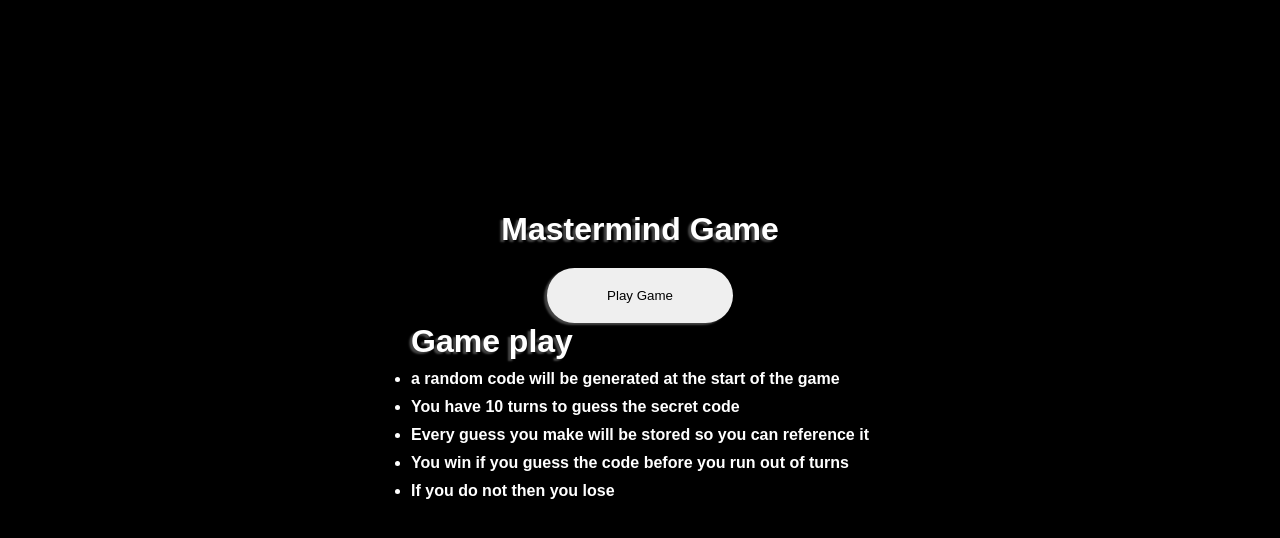
Repository: programmer686/Mastermind-with-Next.js
Page: /
The author's editor kept a copy of each file at every save. The page is drawn from the files as they stood at one save, then again after the next save.
The browser window is 1280 px wide. The pictures show the whole page.
The project was rebuilt for these pictures with package versions that can differ from the ones it lists, and the page was loaded fresh each time. The framework's server and built-in components were replaced by stand-ins that run in the browser. Also part of the build but not shown: next.config.js, src/styles/GameBoard.module.css, src/styles/PastPlay.module.css, src/comps/PastPlay.js, src/styles/GamePlay.module.css, src/comps/Logic.js, src/styles/Results.module.css, src/comps/Results.js and 3 more.

Above is the page before, as saved 2023-07-18 20:37:21.

### src/pages/index.js

import Head from 'next/head'
import Image from 'next/image'
import { Inter } from 'next/font/google'
import styles from '@/styles/Home.module.css'
import StartScreen from '@/comps/StartScreen'
import { useState } from 'react'
import GameBoard from '@/comps/GameBoard'

const inter = Inter({ subsets: ['latin'] })

export default function Home() {
  const [startGame, setStartGame] = useState(true);

  function handleStart() {
    setStartGame(prev => prev ? prev == false : prev == prev);
  }
  return (
    <>
      <Head>
        <title>Create Next App</title>
        <meta name="description" content="Generated by create next app" />
        <meta name="viewport" content="width=device-width, initial-scale=1" />
        <link rel="icon" href="/favicon.ico" />
      </Head>
     <main className={styles.index__body}>
        {startGame ? <StartScreen handleStart={handleStart}/> : <GameBoard/>}
     </main>
    </>
  )
}

### src/styles/Home.module.css


.index__body {
  margin: 0;
  padding: 0;
  box-sizing: border-box;
  width: 100vw;
  height: 100vh;
  background-color: black;
}

### src/comps/StartScreen.js
import styles from '@/styles/StartScreen.module.css'

export default function StartScreen(props) {
    return (
        <main className={styles.startscreen__body}>
            <p className={styles.startscreen__game_name}>Mastermind Game</p>
            <button onClick={props.handleStart} className={styles.startscreen__play_button}>Play Game</button>
            <div>
                <p className={styles.startscreen__game_name}>Game play</p>
                <ul>
                    <li className={styles.startscreen__game_fules_li}>a random code will be generated at the start of the game</li>
                    <li className={styles.startscreen__game_fules_li}>You have 10 turns to guess the secret code</li>
                    <li className={styles.startscreen__game_fules_li}>Every guess you make will be stored so you can reference it</li>
                    <li className={styles.startscreen__game_fules_li}>You win if you guess the code before you run out of turns</li>
                    <li className={styles.startscreen__game_fules_li}>If you do not then you lose</li>
                </ul>
            </div>
        </main>
    )
}

### src/styles/StartScreen.module.css
.startscreen__body {
    width: 100vw;
    height: 100vh;
    display: flex;
    flex-direction: column;
    align-items: center;
    justify-content: center;
}

.startscreen__play_button {
    max-width: 300px;
    padding: 20px 60px;
    border: none;
    border-radius: 40px;
    box-shadow: -3px 2px 2px rgb(68, 68, 68);
    margin-top: 10px;

}

.startscreen__game_name {
    font-size: 2rem;
    font-weight: bolder;
    font-family: Arial, Helvetica, sans-serif;
    margin-bottom: 10px;
    text-shadow: -3px 2px 2px rgb(68, 68, 68);
    color: white;
}

.startscreen__game_fules_li {
    font-weight: bolder;
    font-family: Arial, Helvetica, sans-serif;
    margin-bottom: 10px;
    color: white;
}

Loaded but not shown: src/pages/_app.js (common file); src/pages/_document.js (common file); src/styles/globals.css (common file)

After the next save:
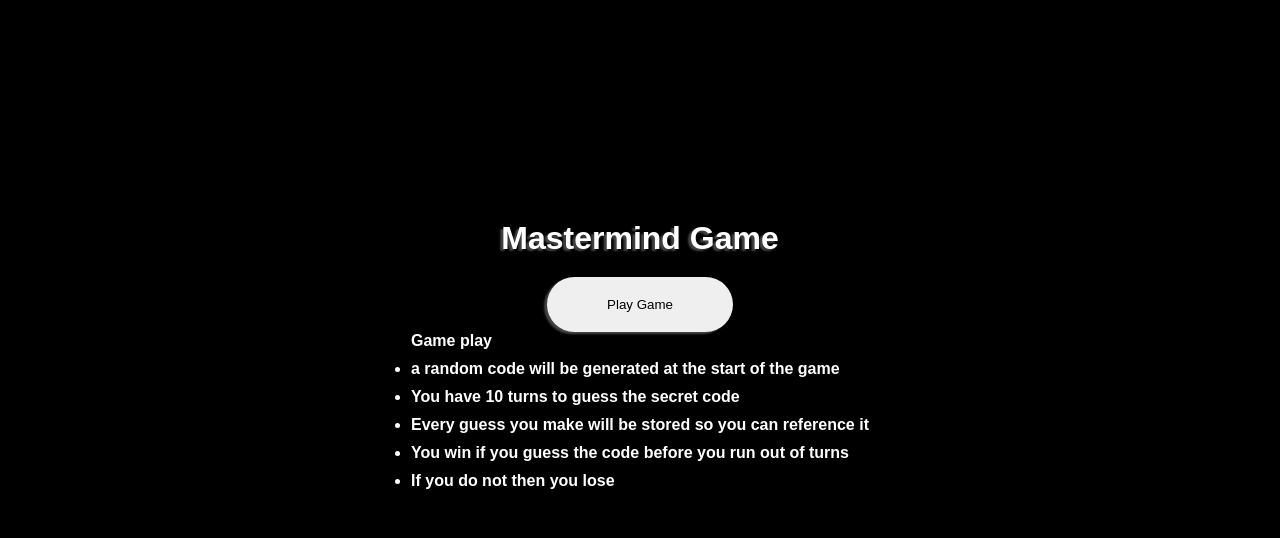
Saved 19 s later.
--- a/src/comps/StartScreen.js
+++ b/src/comps/StartScreen.js
@@ -6,7 +6,7 @@
             <p className={styles.startscreen__game_name}>Mastermind Game</p>
             <button onClick={props.handleStart} className={styles.startscreen__play_button}>Play Game</button>
             <div>
-                <p className={styles.startscreen__game_name}>Game play</p>
+                <p className={styles.startscreen__game_fules_li}>Game play</p>
                 <ul>
                     <li className={styles.startscreen__game_fules_li}>a random code will be generated at the start of the game</li>
                     <li className={styles.startscreen__game_fules_li}>You have 10 turns to guess the secret code</li>

After the save that followed:
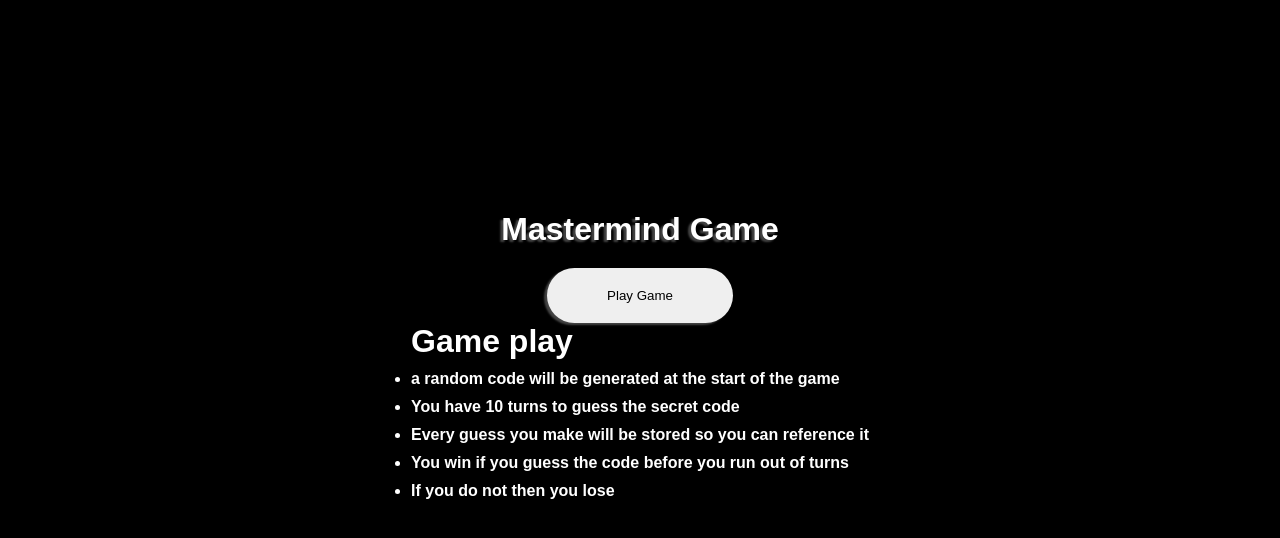
Saved 12 s later.
--- a/src/comps/StartScreen.js
+++ b/src/comps/StartScreen.js
@@ -6,7 +6,7 @@
             <p className={styles.startscreen__game_name}>Mastermind Game</p>
             <button onClick={props.handleStart} className={styles.startscreen__play_button}>Play Game</button>
             <div>
-                <p className={styles.startscreen__game_fules_li}>Game play</p>
+                <h1 className={styles.startscreen__game_fules_li}>Game play</h1>
                 <ul>
                     <li className={styles.startscreen__game_fules_li}>a random code will be generated at the start of the game</li>
                     <li className={styles.startscreen__game_fules_li}>You have 10 turns to guess the secret code</li>
